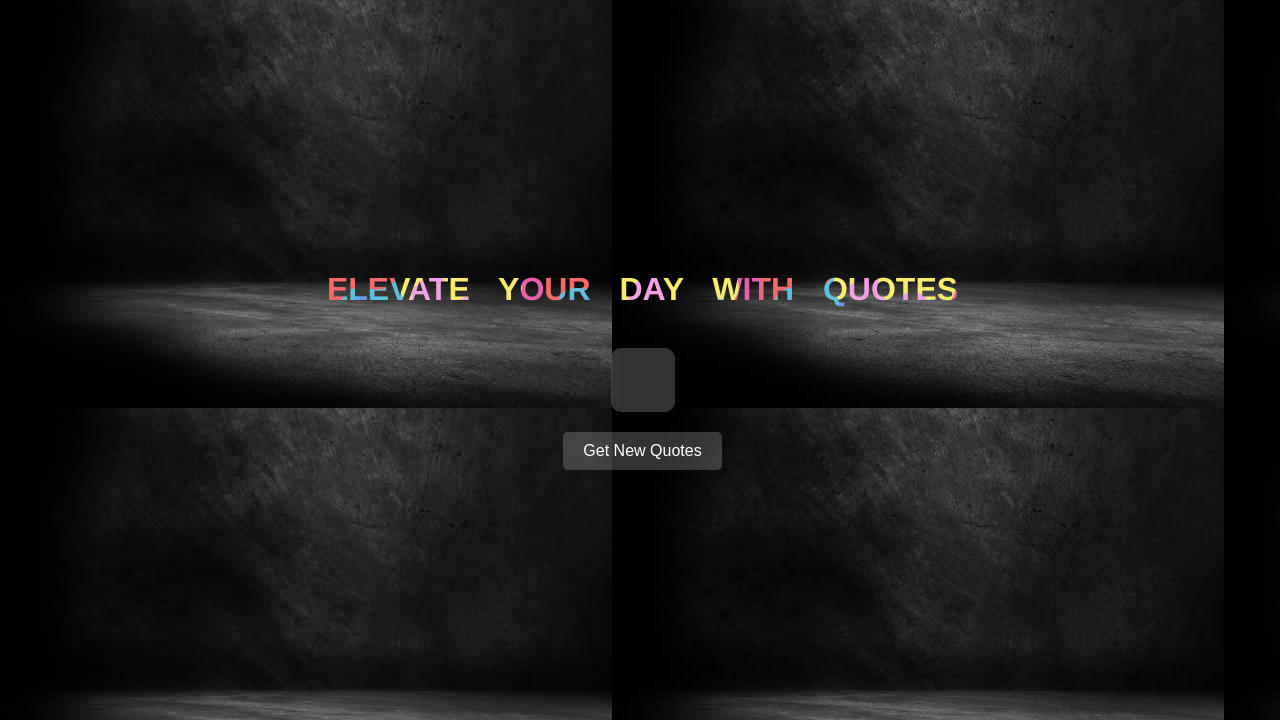
Repository: Bhavik-Sanghar/Quote-app
Page: /
An editor plug-in stored every save of this project. The page is shown before and after the next save, followed by the edit.
The browser window is 1280 px wide. The pictures show the whole page.
The page's requests for data from a server got no answer. The project was rebuilt for these pictures with package versions that can differ from the ones it lists, and the page was loaded fresh each time. No one was signed in, and anything a server would have sent is missing. Also part of the build but not shown: src/styles.css.

Above is the page before, as saved 2023-08-18 17:17:35.

After the next save:
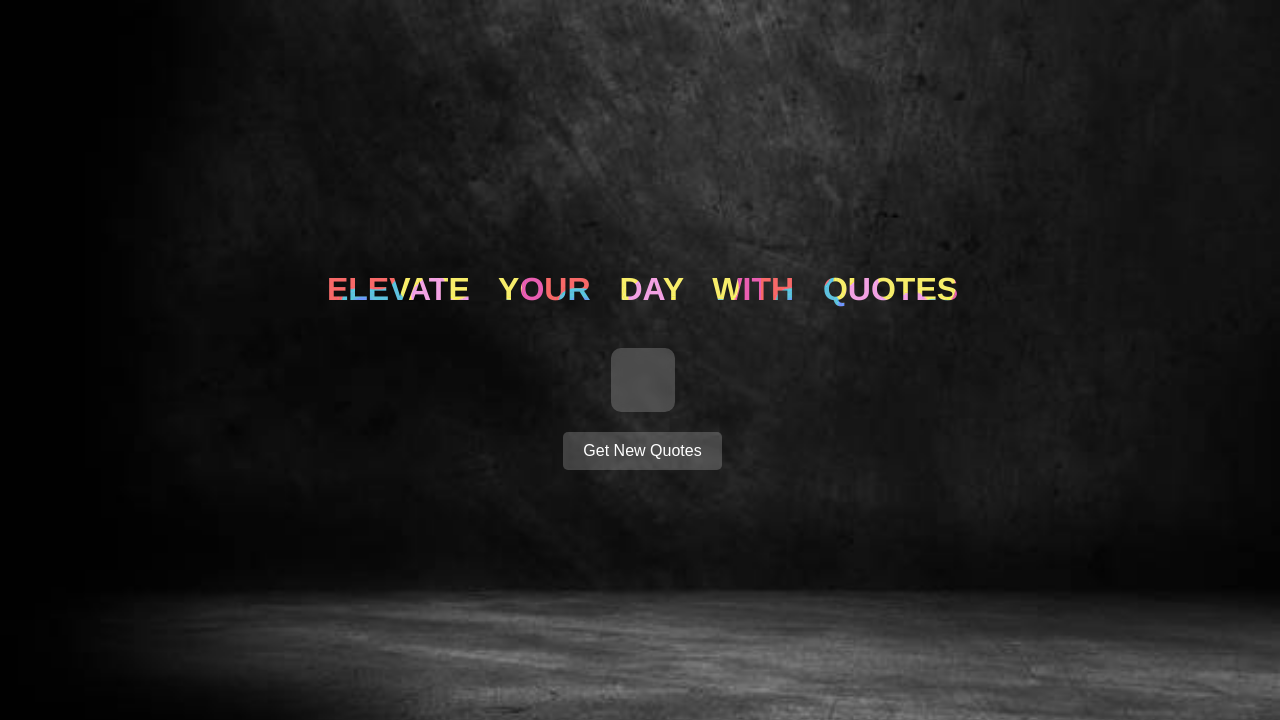
Saved 2 min 33 s later.
--- a/src/components/New.css
+++ b/src/components/New.css
@@ -8,6 +8,7 @@
   min-height: 100vh;
   background-color: black;
   background-image: url(./bg2.jpg);
+  background-size: cover;
   color: white;
   position: relative; /* Required for positioning pseudo-element */
   overflow: hidden; /* Hide overflowing pseudo-element content */
